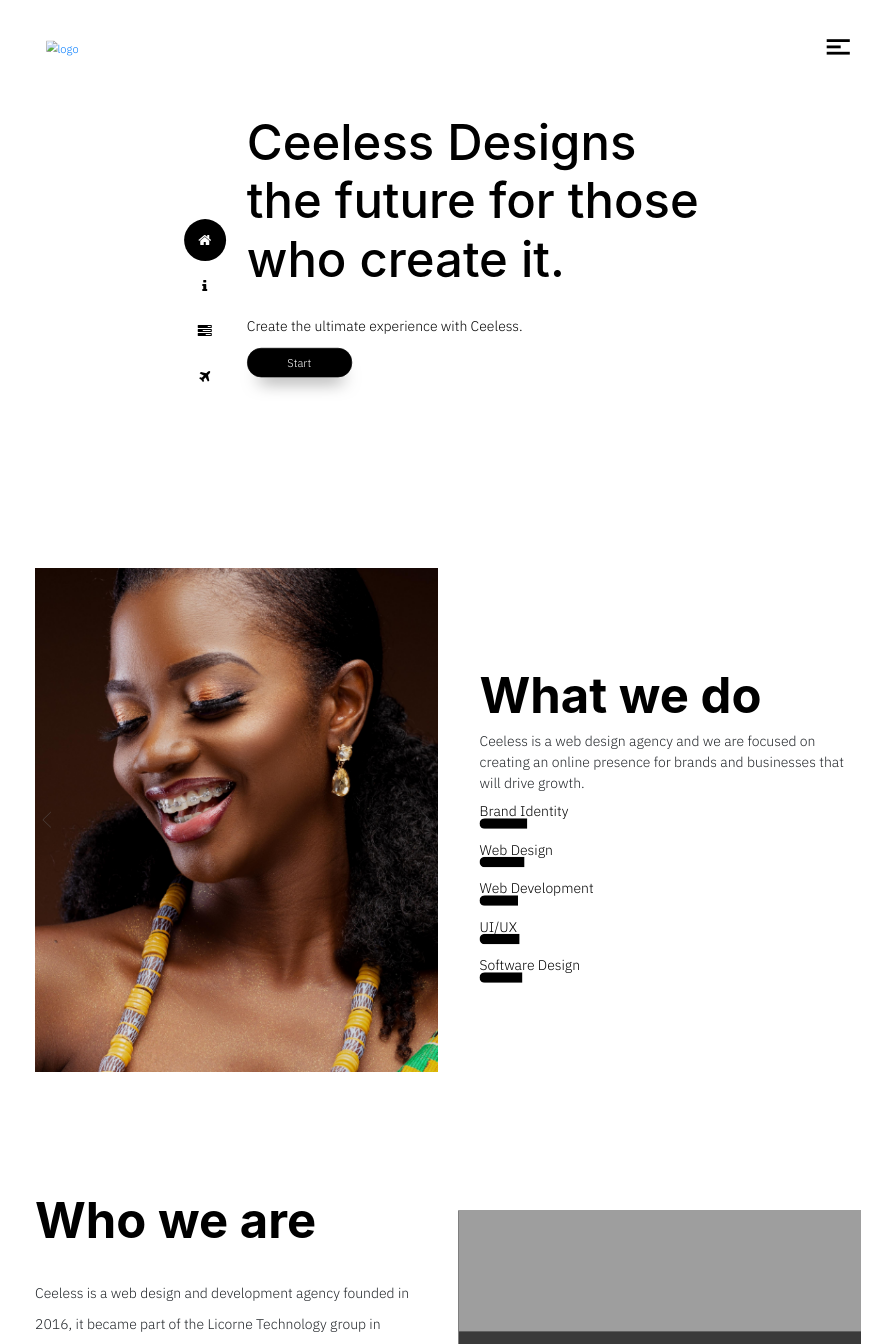
Repository: Licorne-Technologies/Ceeless-v2
Page: index.html
An editor plug-in stored every save of this project. The page is shown before and after the next save, followed by the edit.
The browser window is 1280 px wide. The pictures show the part of the page from y = 0 to 1920 px (the page is 3037 px tall), at 70% of full size.
Pictures or frames that could not be fetched are drawn as grey boxes. Some web libraries are served in a nearby version. The style sheet was rebuilt from its Sass, Less or Tailwind sources for each picture, by a compiler version that may differ from the author's.

Above is the page before, as saved 2020-06-15 13:46:14.

### index.html
<!DOCTYPE html>
<html lang="en">
<head>
    <meta charset="UTF-8">
    <meta name="viewport" content="width=device-width, initial-scale=1.0">
    <!-- UIkit CSS -->
    <link rel="stylesheet" href="https://cdn.jsdelivr.net/npm/uikit@3.5.4/dist/css/uikit.min.css" />
    <!--Bootstrap-->
    <link rel="stylesheet" href="https://stackpath.bootstrapcdn.com/bootstrap/4.4.1/css/bootstrap.min.css" integrity="sha384-Vkoo8x4CGsO3+Hhxv8T/Q5PaXtkKtu6ug5TOeNV6gBiFeWPGFN9MuhOf23Q9Ifjh" crossorigin="anonymous">
    <!--Font awesome -->
    <link rel="stylesheet" href="https://stackpath.bootstrapcdn.com/font-awesome/4.7.0/css/font-awesome.min.css">
    <!--Stylesheet-->
    <link rel="stylesheet" href="css/stylesheet.css">
    <title>Ceeless || Licorne Technologies</title>
</head>
<body>
 <main class="wrapper pt-5">
     <!--Navigation Bar-->
    <header class="navbar">
        <div class="logo">
            <a href="index.html">
                <img src="" alt="logo">
            </a>
        </div>
        <div class="menu">
            <a class="menuIcon" href="#modal-full" uk-toggle>
                <span class="long-bar"></span>
                <span class="short-bar"></span>
                <span class="long-bar"></span>
            </a>
        </div>
        <!--Menu Modal-->
        <div id="modal-full" class="uk-modal-full" uk-modal>
            <div class="uk-modal-dialog">
                <button class="uk-modal-close-full uk-close-large" type="button" uk-close></button>
                <div class="row">
                    <div class="col">
                        <div class="menuItems">
                            <ul class="menuList">
                                <li>
                                    <a href="index.html" class="active"><i class="fa fa-home"></i>Home</a>
                                </li>
                                <li>
                                    <a href="#"><i class="fa fa-info"></i>About</a>
                                </li>
                                <li>
                                    <a href="#"><i class="fa fa-tasks" aria-hidden="true"></i>Portfolio</a>
                                </li>
                                <li>
                                    <a href="#"><i class="fa fa-plane"></i>Contact</a>
                                </li>
                            </ul>
                        </div>
                    </div>
                <div class="col"></div>
                </div>
            </div>
        </div>
    </header>
    <!--End of Navigation Bar-->



    <!--Jumbotron-->
    <section class="jumboText">
        <div class="row">
            <div class="col-3">
                <!--Menu icons-->
                <div class="menuItems">
                    <ul class="menuList">
                        <li>
                            <a href="index.html" class="active"><i class="fa fa-home"></i></a>
                        </li>
                        <li>
                            <a href="#"><i class="fa fa-info"></i></a>
                        </li>
                        <li>
                            <a href="#"><i class="fa fa-tasks" aria-hidden="true"></i></a>
                        </li>
                        <li>
                            <a href="#"><i class="fa fa-plane"></i></a>
                        </li>
                    </ul>
                </div>
            </div>
            <div class="col-9">
                <div class="message card w-75">
                    <!--Message Text-->
                    <h1>Ceeless Designs the future for those who create it.</h1>
                    <p>Create the ultimate experience with Ceeless.</p>
                    <!--Action Btn-->
                    <a href="#" class="action-btn">Start</a>
                </div>

            </div>
        </div>
    </section>
    <!--End of Jumbotron-->

    <!--Portfolio and What We Do Section-->
    <section class="comboSection">
        <div class="row">
            <div class="col">
                <!--Portfolio Gallery-->
                <div uk-slideshow="autoplay: true; autoplay-interval: 2000; pause-on-hover: true; animation: fade;" >
                    <ul class="uk-slideshow-items" uk-height-viewport="min-height: 300">
                        <li>
                            <img src="assets/DemoImage1.jpg" alt="" uk-cover>
                        </li>
                        <li>
                            <img src="assets/DemoImage2.jpg" alt="" uk-cover>
                        </li>
                        <li>
                            <img src="assets/DemoImage3.jpg" alt="" uk-cover>
                        </li>
                    </ul>
                    <a class="uk-position-center-left uk-position-small uk-hidden-hover" href="#" uk-slidenav-previous uk-slideshow-item="previous"></a>
                    <a class="uk-position-center-right uk-position-small uk-hidden-hover" href="#" uk-slidenav-next uk-slideshow-item="next"></a>
                </div>
            </div>
            <div class="col">
                <h2 class="title pt-5">What we do</h2>
                <p>Ceeless is a web design agency and we are focused on creating an online presence for brands and businesses that will drive growth.</p>
                <!--What we do Progress bar-->
                <ul class="progressList">
                    <li>Brand Identity
                        <progress id="brandIdentity-progressbar" class="uk-progress uk-progress-dark" value="10" max="80"></progress>
                    </li>
                    <li>Web Design
                        <progress id="webDesign-progressbar" class="uk-progress uk-progress-dark" value="10" max="85"></progress>
                    </li>
                    <li>Web Development
                        <progress id="webDev-progressbar" class="uk-progress uk-progress-dark" value="10" max="100"></progress>
                    </li>
                    <li>UI/UX
                        <progress id="uiUx-progressbar" class="uk-progress uk-progress-dark" value="10" max="95"></progress>
                    </li>
                    <li>Software Design
                        <progress id="softwareDesign-progressbar" class="uk-progress uk-progress-dark" value="10" max="90"></progress>
                    </li>
                </ul>
            </div>
        </div>
    </section>
    <!--End of section-->

    <!--About us-->
    <section class="aboutUs">
        <div class="row">
            <div class="col">
                <h2 class="title">Who we are</h2>
                <p>Ceeless is a web design and development agency founded in 2016, it became part of the Licorne Technology group in February 2020.</p>
                <p>Ceeless is focused on supporting Nigerian brands and businesses online.</p>
            </div>
            <div class="col">
                <div class="teamGallery">
                    <div class="uk-visible-toggle uk-light" tabindex="-1" uk-slideshow="animation: fade; autoplay: true;  autoplay-interval: 3000; pause-on-hover: true ">

                        <ul class="uk-slideshow-items">
                            <li>
                                <img src="assets/DemoImage3.jpg" alt="" uk-cover>
                                <div class="uk-overlay uk-overlay-primary uk-position-bottom">
                                    <p>Default Lorem ipsum dolor sit amet, consectetur adipiscing elit.</p>
                                </div>
                            </li>
                            <li>
                                <img src="assets/DemoImage2.jpg" alt="" uk-cover>
                                <div class="uk-overlay uk-overlay-primary uk-position-bottom">
                                    <p>Default Lorem ipsum dolor sit amet, consectetur adipiscing elit.</p>
                                </div>
                            </li>
                            <li>
                                <img src="assets/DemoImage1.jpg" alt="" uk-cover>
                                <div class="uk-overlay uk-overlay-primary uk-position-bottom">
                                    <p>Default Lorem ipsum dolor sit amet, consectetur adipiscing elit.</p>
                                </div>
                            </li>
                        </ul>

                        <a class="uk-position-center-left uk-position-small uk-hidden-hover" href="#" uk-slidenav-previous uk-slideshow-item="previous"></a>
                        <a class="uk-position-center-right uk-position-small uk-hidden-hover" href="#" uk-slidenav-next uk-slideshow-item="next"></a>

                    </div>
                </div>
            </div>
        </div>
    </section>
    <!--End of section-->

    <section class="contactUs">
        <div class="row">
            <div class="col">
                <h2 class="title">Work with us</h2>
                <h5>on your next project or get in touch for a chat.</h5>
            </div>
            <div class="col">
                <!--form-->
            </div>
        </div>
    </section>
 </main>
 <footer class="footer">
     <p>&copy;Ceeless Designs | Licorne Technologies</p>
 </footer>

<!-- UIkit JS -->
<script src="https://cdn.jsdelivr.net/npm/uikit@3.5.4/dist/js/uikit.min.js"></script>
<script src="https://cdn.jsdelivr.net/npm/uikit@3.5.4/dist/js/uikit-icons.min.js"></script>
</body>
</html>

### css/stylesheet.scss
@import 'variables';
@import 'footer';
@import 'contact';
@import 'aboutUs';
@import 'whatWeDo';
@import 'portfolio';
@import 'jumbotron';
@import 'navbar';

*{
    margin: 0;
    padding: 0;
    text-decoration: none;
    list-style: none;
    font-family: $font;
}
 section {
    height: 100vh;
}

.title {
    color: $dark;
    font-size: $fontLarge;
    font-weight: $fontHeavy;
}
@media screen and (min-width: 760px){
    .wrapper {
        margin: 0 50px;
    }
}

### css/_variables.scss
@import url('https://fonts.googleapis.com/css2?family=IBM+Plex+Sans:wght@300;700&display=swap');

$font: 'IBM Plex Sans', sans-serif;
$fontLight: 300;
$fontHeavy: 700;
$fontLarge: 70px;
$fontSmall: 45px;
$fontText: 20px;
$fontTextSm: 16px;
$dark: black;
$light: white;
$box-shadow: 0 5px 15px rgba(0,0,0,0.08);
$btn-shadow: 2px 20px 25px -15px rgba(0, 0, 0, 0.54);
$text-shadow: 2px 2px 4px rgba(0, 0, 0, 0.377);

### css/footer.scss
@import 'variables';

.footer {
    background-color: $dark;
    display: flex;
    align-items: center;
    p{
        color: $light;
        font-size: $fontText;
        padding: 10px;
    }
}

### css/aboutUs.scss
@import 'variables';

.aboutUs {

    .col {
    height: 100vh;
    display: flex;
    flex-direction: column;
    justify-content: center;

    .teamGallery {
        background-color: $dark;
    }
    }
    .title {
        padding-bottom: 30px;
    }
    p {
        font-size: $fontText;
        line-height: $fontSmall;
        font-weight: $fontLight;
    }
}

### css/whatWeDo.scss
@import 'variables';

.comboSection {

    .col {
        height: 100vh;
    display: flex;
    flex-direction: column;
    justify-content: center;
    }
    .title, p {
        padding-left: 30px;
    }
    p{
        font-size: $fontText;
    }
    .progressList {
        li{
            color: $dark;
            font-weight: 500;
            line-height: $fontText;
            font-size: $fontText;
            font-family: $font;
        }
    }
    .uk-progress { // this is its background, you could add those to your created classes if you want to also modify this color
        &::-webkit-progress-bar { background-color: $light; }
        &::-moz-progress-bar { background-color: $light; }
    }
    .uk-progress-dark { // created class for customisation
        &::-webkit-progress-value { background-color:$dark; } // those are the overflowing colors
        &::-ms-fill { background-color: $dark; }
    }

}

### css/jumbotron.scss
@import 'variables';

.jumboText {
    height: 100vh;
    display: flex;
    flex-direction: column;
    align-items: center;

    .card {
        border: none;
    }

    .menuItems {
        background-color: $light;
        display: flex;
        flex-direction: column;
        align-items: flex-end;

        a {
            font-size: $fontText;
            color: $dark;

            .fa {
                background-color: $light;
                color: $dark;
                margin-right: 0px;
                margin-bottom: 5px;
                height: 60px;
                width: 60px;
            }

            &:hover {
                .fa {
                    background-color: $dark;
                    color: $light;
                    transform: scale(1.2);
                }
            }
        }

        a.active {
            .fa {
                background-color: $dark;
                color: $light;
            }
        }
    }
}
.message {
    display: flex;
    flex-direction: column;
    align-items: flex-start;
    padding-top: 70px;
    h1{
        font-size: $fontLarge;
        color: $dark;
    }
    p{
        padding-top: 30px;
        font-size: $fontText;
        color: $dark;
    }
}
a.action-btn {
    border: 1px solid $dark;
    background-color: $dark;
    width: 150px;
    border-radius: 20px;
    padding: 10px;
    box-shadow: $btn-shadow;
    color: $light;
    text-align: center;
    line-height: 20px;
    &:hover{
        text-decoration: none;
    }

}

### css/navbar.scss
@import 'variables';

.navbar {
    display: flex;
    width: 100%;
    justify-content: space-between;
}

.menuIcon {
    display: flex;
    flex-direction: column;
        .long-bar,.short-bar{
            border: 2px solid $dark;
            margin-bottom: 5px;
        }
        .long-bar{
            width: 33px;
        }
        .short-bar{
            width: 20px;
        }

        &:hover{
            .long-bar{
                width: 20px;
                transition: width 300ms ease-in-out 0s;

            }
            .short-bar{
                width: 33px;

            }
        }
}

.uk-modal-full {
    height: 100vh;
    background-color: $dark;
    overflow: hidden;
}
.uk-modal-close-full, .uk-close-large, .menuItems{
    background-color: $dark;
    color: $light;
}
.menuItems {
    height: 100vh;
    display: flex;
    flex-direction: column;
    justify-content: center;
}
.menuList {
    li {
        a {
            display: flex;
            align-items: center;
            color: $light;
            font-size: $fontSmall;
            line-height: $fontSmall;

            .fa {
                display: flex;
                justify-content: center;
                align-items: center;
                height: 100px;
                width: 100px;
                border-radius: 50%;
                background-color: $dark;
                color: $light;
                margin-right: 7px;
            }

            &:hover {
                text-decoration: none;

                .fa{
                    background-color: $light;
                    color: $dark;
                }
            }
        }
    }
}

Loaded but not shown: css/contact.scss (common file); css/portfolio.scss (common file)

After the next save:
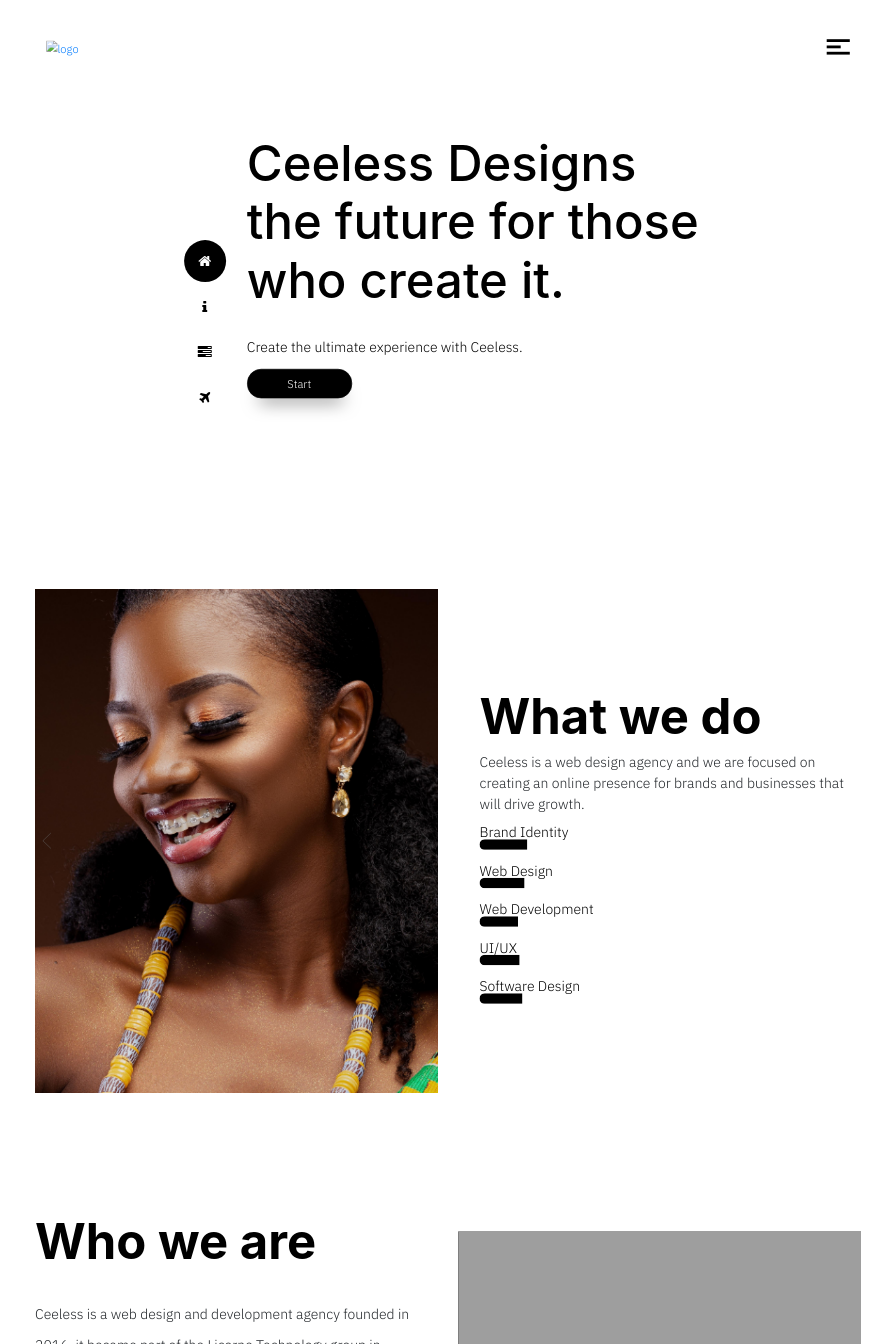
Saved 48 s later.
--- a/css/stylesheet.scss
+++ b/css/stylesheet.scss
@@ -16,6 +16,7 @@
 }
  section {
     height: 100vh;
+    padding: 30px 0px;
 }
 
 .title {
